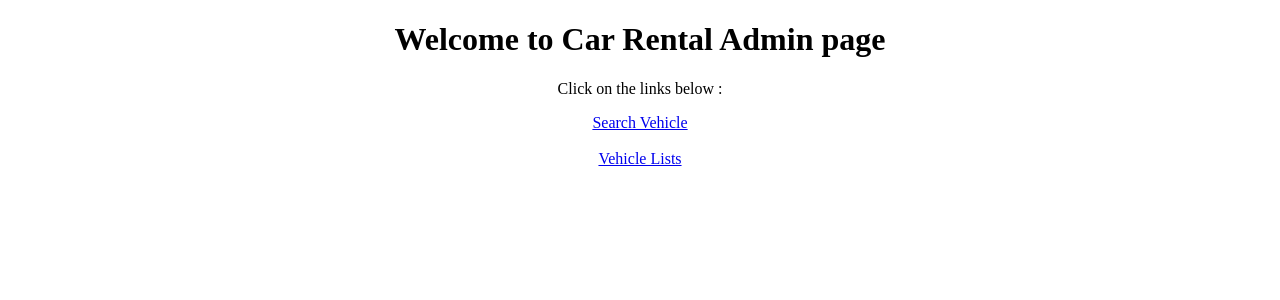
Repository: harsh23012/InfiniteProjects
Page: CarRent/carrent/src/main/webapp/UserPage.html
These files come from the project's save history. The page is drawn as it stood at one moment and after the next save; the edit follows.
The browser window is 1280 px wide. The pictures show the whole page.

Above is the page before, as saved 2025-05-03 07:03:14.

After the next save:
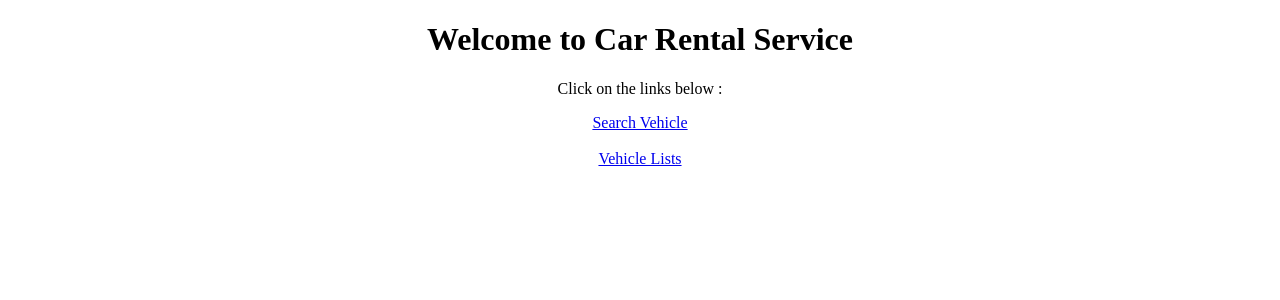
Saved 107 s later.
--- a/CarRent/carrent/src/main/webapp/UserPage.html
+++ b/CarRent/carrent/src/main/webapp/UserPage.html
@@ -8,7 +8,7 @@
 
 	<center>
 
-		<h1>Welcome to Car Rental Admin page</h1>
+		<h1>Welcome to Car Rental Service</h1>
 
         <p>Click on the links below :</p>
 
